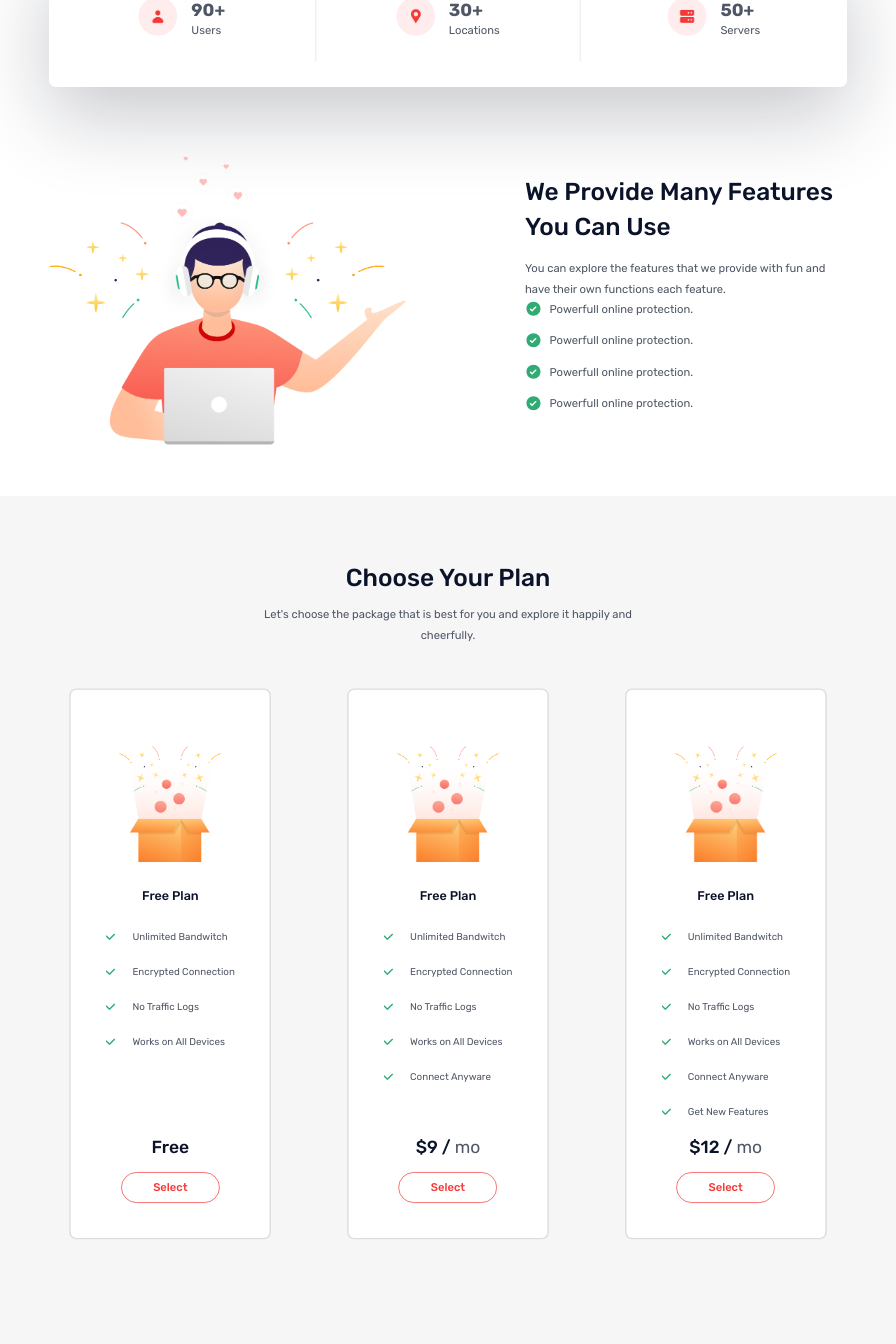
Repository: PhamTrungNguyen/LuyenTap
Page: LT_Figma/index.html
The author's editor kept a copy of each file at every save. The page is drawn from the files as they stood at one save, then again after a run of saves.
The browser window is 1280 px wide. The pictures show the part of the page from y = 679 to 2599 px (the page is 2599 px tall), at 70% of full size.
Some web libraries are served in a nearby version. The style sheet was rebuilt from its Sass, Less or Tailwind sources for each picture, by a compiler version that may differ from the author's.

Above is the page before, as saved 2021-12-08 22:45:47.
Console error: TypeError: Cannot read properties of null (reading 'addEventListener')

After the next 2 saves:
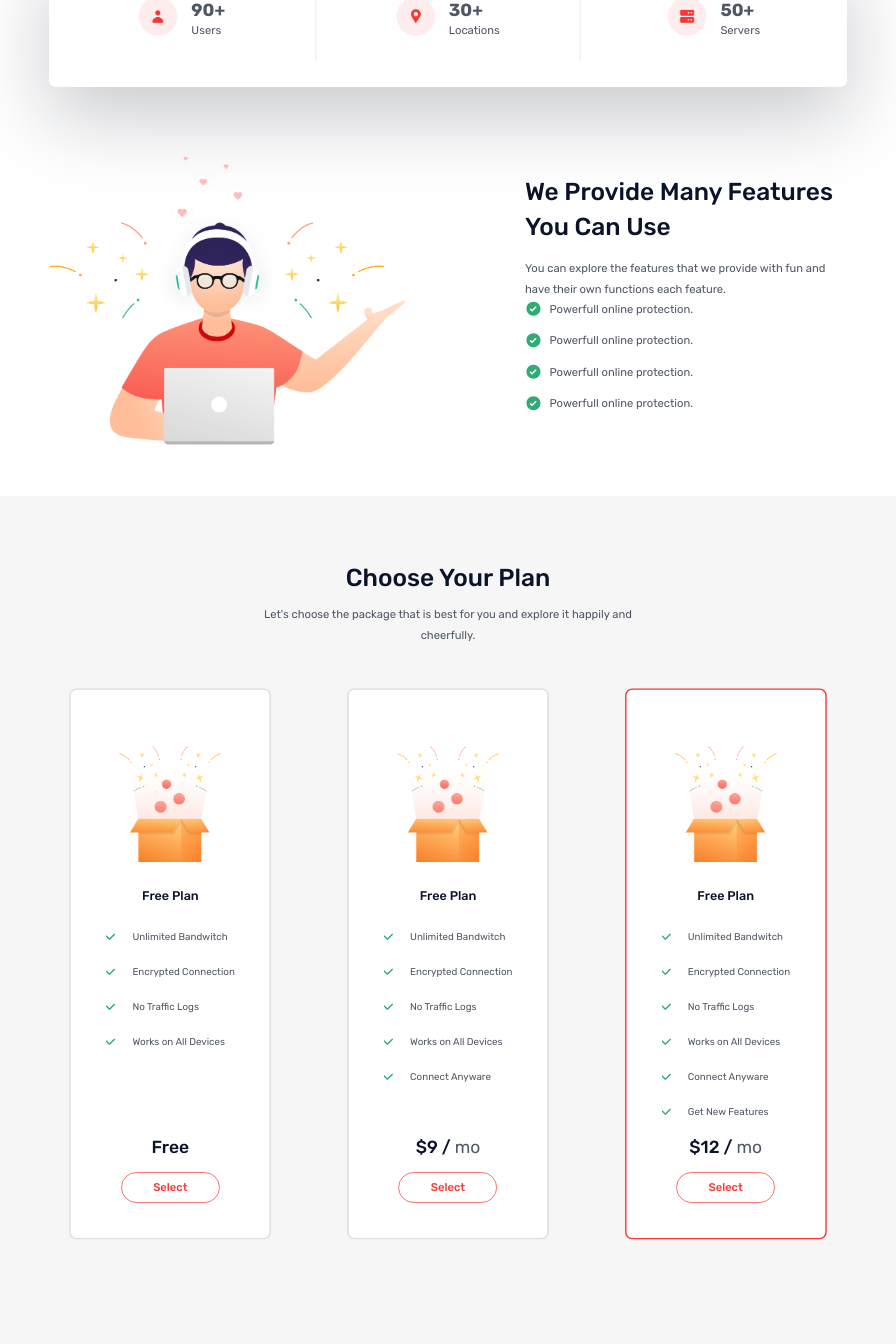
The 2 saves are shown as one change because they came seconds apart.
The last was saved 13 s later.
--- a/LT_Figma/sass/_plan.scss
+++ b/LT_Figma/sass/_plan.scss
@@ -67,6 +67,6 @@
 
     }
     &-active{
-
+        border: 2px solid $red-color;
     }
 }
